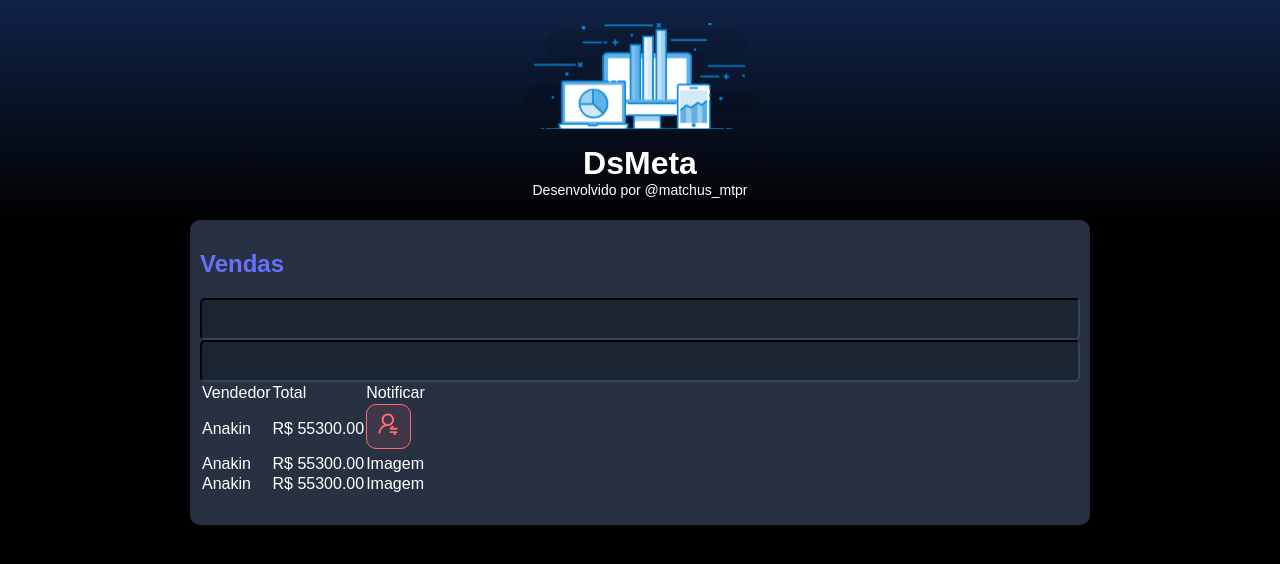
Repository: MatheusAlvesPereiraRosa/ds-meta
Page: index.html
An editor plug-in stored every save of this project. The page is shown before and after the next save, followed by the edit.
The browser window is 1280 px wide. The pictures show the whole page.

Above is the page before, as saved 2022-09-01 11:59:10.

After the next save:
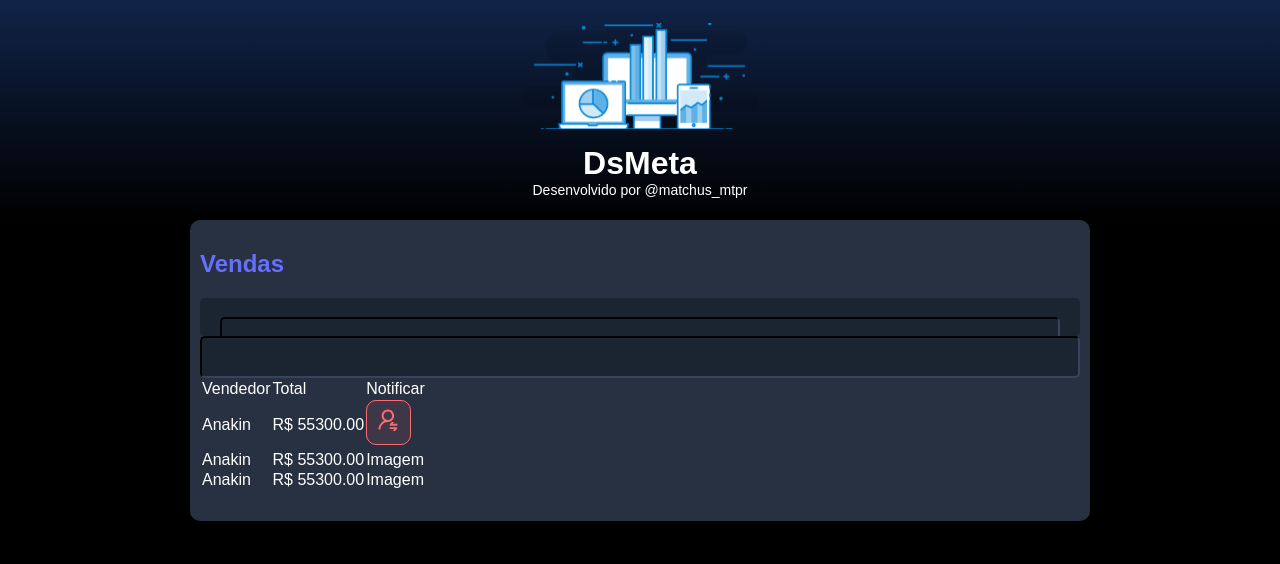
Saved 87 s later.
--- a/index.html
+++ b/index.html
@@ -27,7 +27,7 @@
           <div class="dsmeta-card">
             <h2 class="dsmeta-sales-title">Vendas</h2>
             <div>
-              <div>
+              <div class="dsmeta-form-control">
                 <input class="dsmeta-form-control" type="text" />
               </div>
               <div>

After the save that followed:
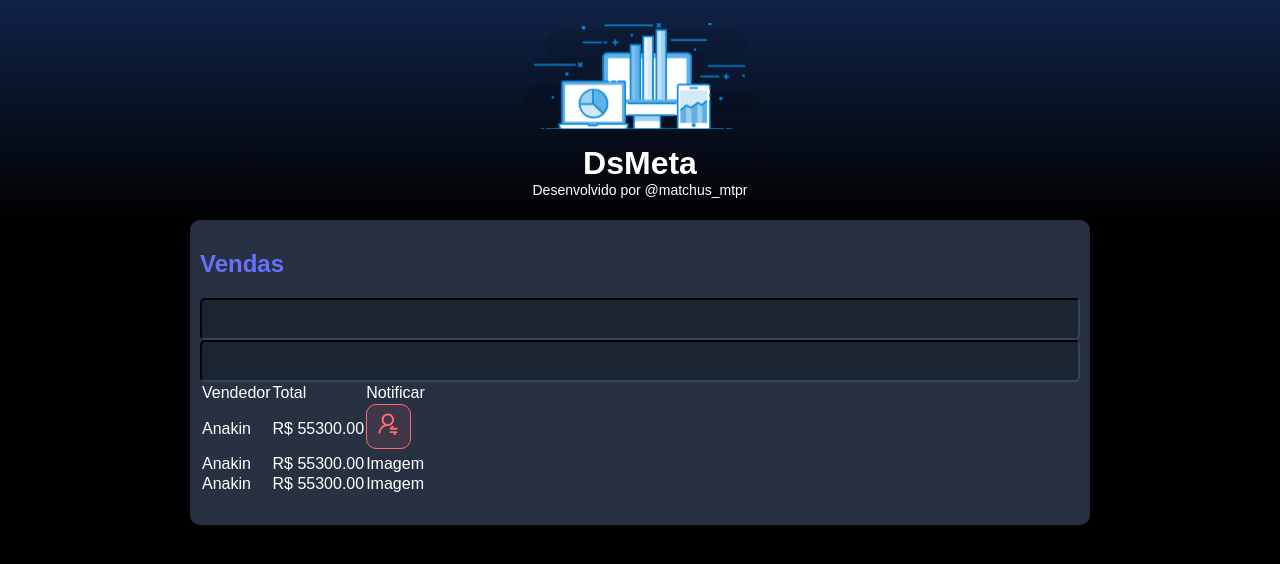
Saved 7 s later.
--- a/index.html
+++ b/index.html
@@ -27,7 +27,7 @@
           <div class="dsmeta-card">
             <h2 class="dsmeta-sales-title">Vendas</h2>
             <div>
-              <div class="dsmeta-form-control">
+              <div class="dsmeta-form-control-container">
                 <input class="dsmeta-form-control" type="text" />
               </div>
               <div>
